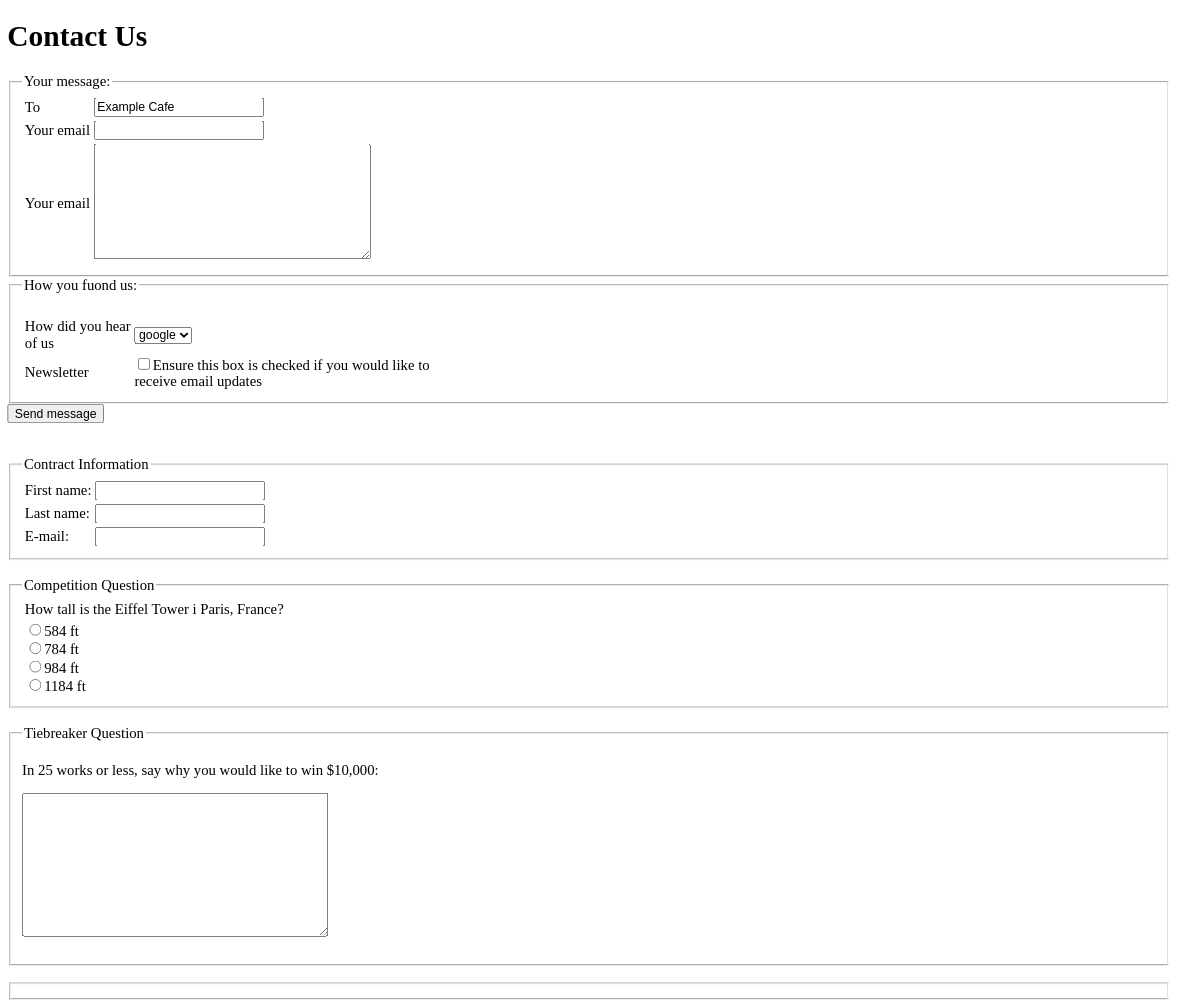
Repository: PhamChiXuan1/HTCNW_tuan3_DHCNTT16C_PhamChiXuan_20030131
Page: bt15.html
An editor plug-in stored every save of this project. The page is shown before and after the next save, followed by the edit.
The browser window is 1280 px wide. The pictures show the whole page, at 92% of full size.

Above is the page before, as saved 2022-02-28 12:29:43.

After the next save:
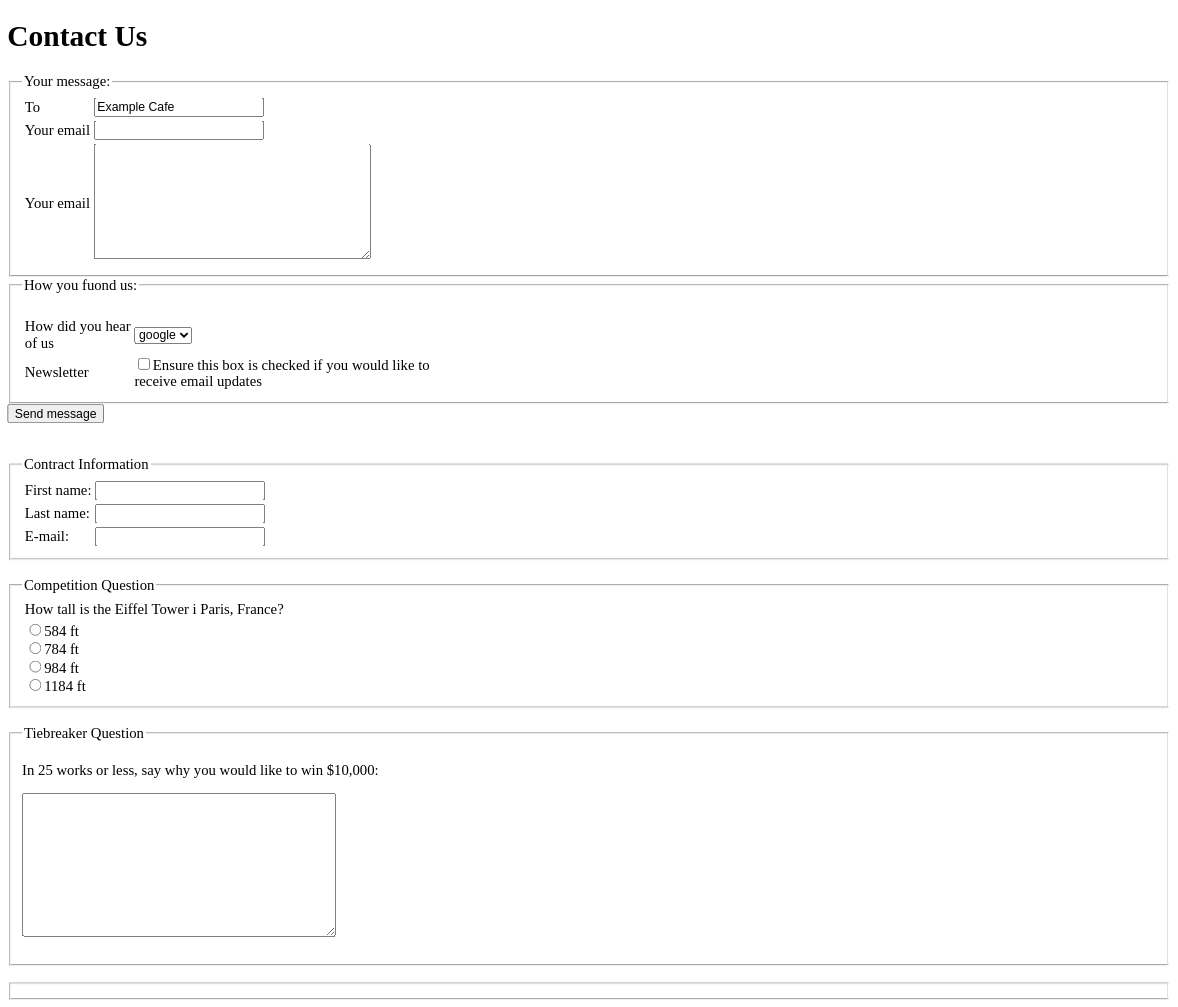
Saved 13 s later.
--- a/bt15.html
+++ b/bt15.html
@@ -89,7 +89,7 @@
     <fieldset>
         <legend>Tiebreaker Question</legend>
         <P>In 25 works or less, say why you would like to win $10,000:</P>
-        <P><textarea name="" id="" cols="39" rows="10"></textarea></P>
+        <P><textarea name="" id="" cols="40" rows="10"></textarea></P>
     </fieldset>
     <br>
     <fieldset>
